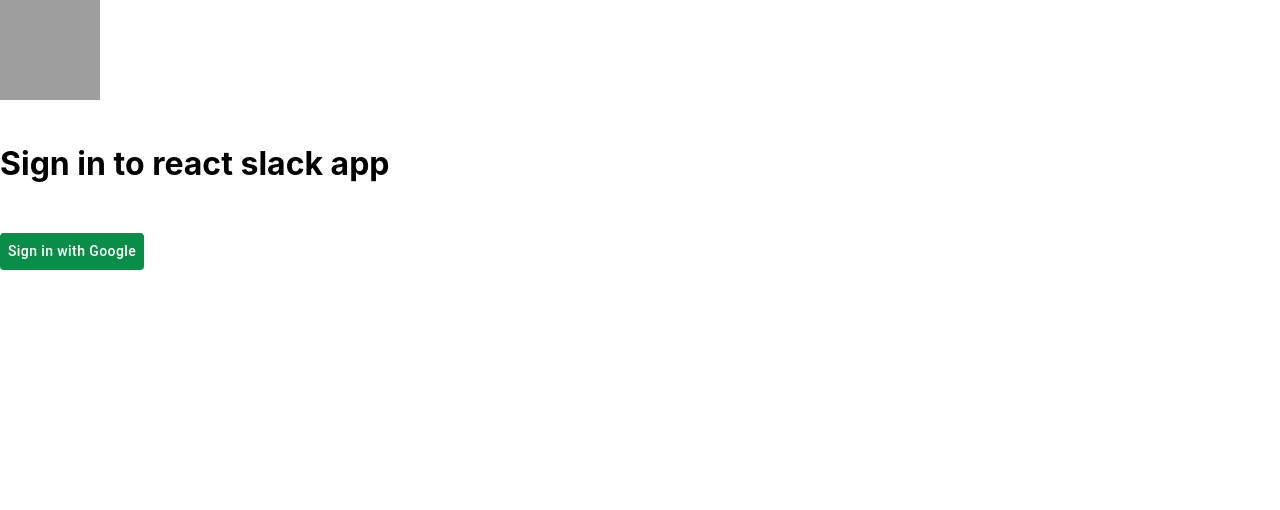
Repository: mminhaz93/React-Slack-Clone
Page: /
These files come from the project's save history. The page is drawn as it stood at one moment and after the next save; the edit follows.
The browser window is 1280 px wide. The pictures show the whole page.
Pictures or frames that could not be fetched are drawn as grey boxes. The project was rebuilt for these pictures with package versions that can differ from the ones it lists, and the page was loaded fresh each time. Also part of the build but not shown: src/components/Header.css, src/components/Header.js, src/components/Sidebar.css, src/components/SidebarOption.css, src/firebase.js, src/components/SidebarOption.js, src/components/Sidebar.js, src/Chat.css and 3 more.

Above is the page before, as saved 2020-08-14 00:19:45.

After the next save:
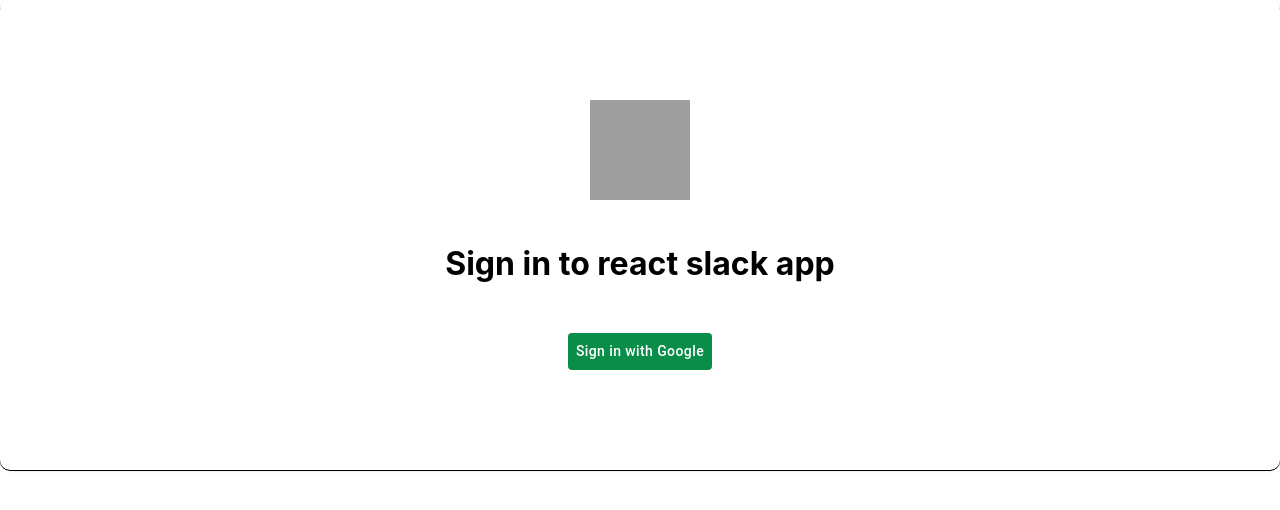
Saved 85 s later.
--- a/src/Login.css
+++ b/src/Login.css
@@ -1,4 +1,12 @@
 .login {
+}
+
+.loginContainer {
+  padding: 100px;
+  text-align: center;
+  background-color: white;
+  border-radius: 10px;
+  box-shadow: 0 1px 3px rgba(0, 0, 0, 0.12), 0 1px;
 }
 
 .loginContainer > img {
